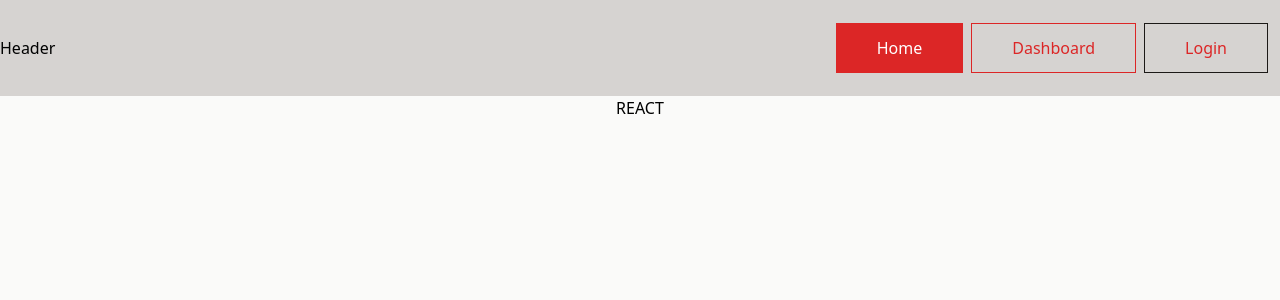
Repository: XavierOtavio/Cuzinhas
Page: /
The author's editor kept a copy of each file at every save. The page is drawn from the files as they stood at one save, then again after the next save.
The browser window is 1280 px wide. The pictures show the whole page.
The project was rebuilt for these pictures with package versions that can differ from the ones it lists, and the page was loaded fresh each time. Also part of the build but not shown: src/components/Dashboard.js.

Above is the page before, as saved 2023-03-08 12:32:31.

After the next save:
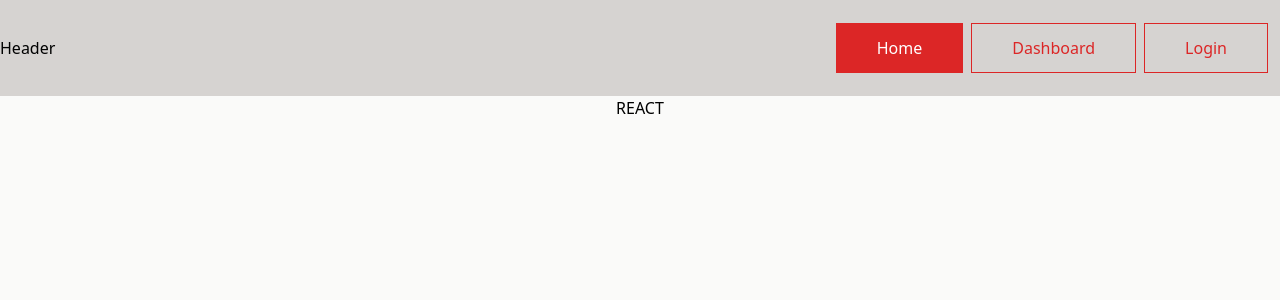
Saved 5 s later.
--- a/src/components/Header.js
+++ b/src/components/Header.js
@@ -17,7 +17,7 @@ function Header() {
           </button>
         </Link>
         <Link to="/login">
-          <button class="block border border-stone-900 bg-stone-300 px-10 py-3 text-red-600 ml-2 font-medium">
+          <button class="block border border-red-600 bg-stone-300 px-10 py-3 text-red-600 ml-2 font-medium">
             Login
           </button>
         </Link>
